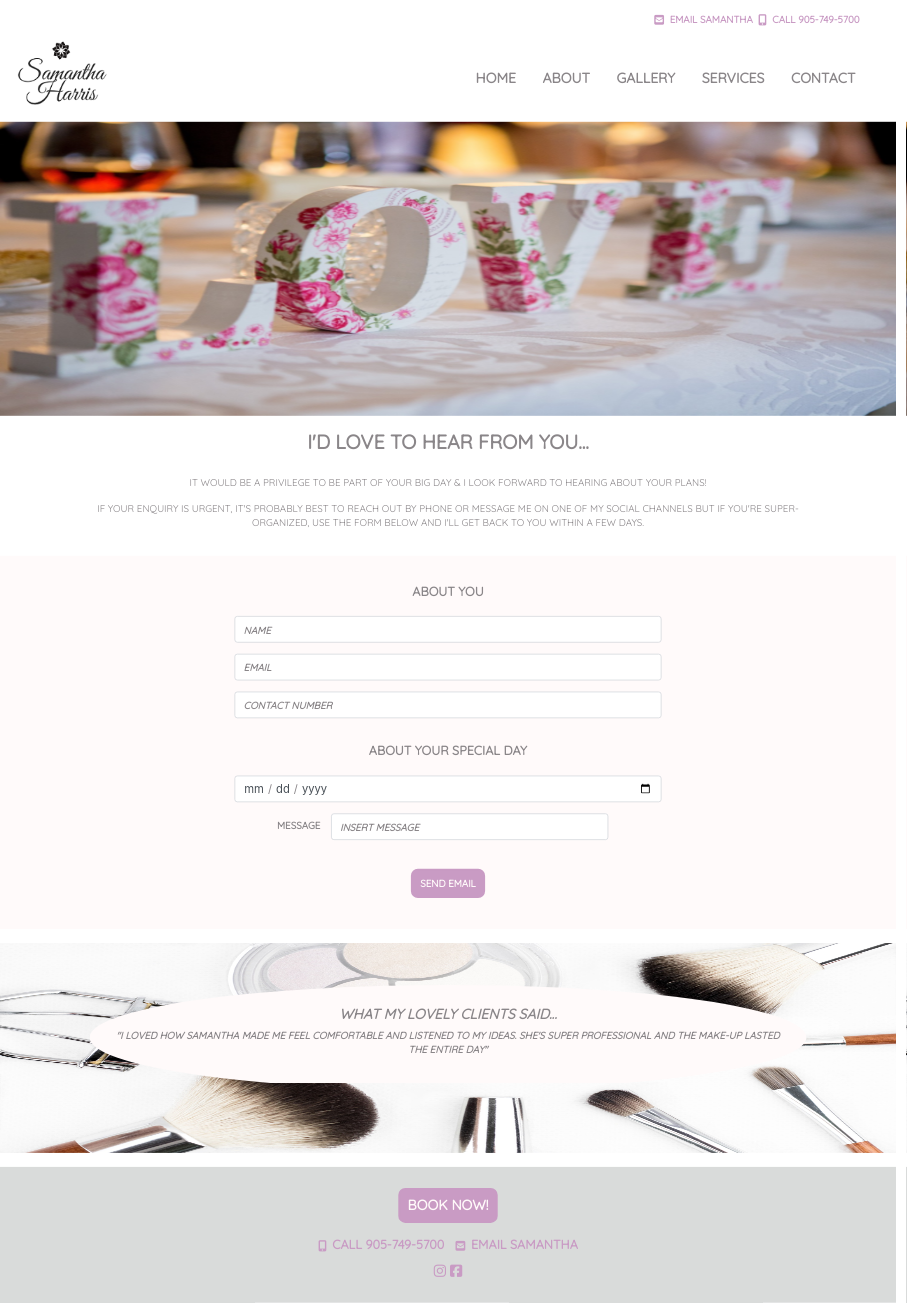
Repository: JayneyNix/milestone-1-UCFD
Page: contact.html
The author's editor kept a record of every edit. The page is drawn from the files as they stood at one moment, then again after the next edit.
The browser window is 1280 px wide. The page is 1295 px wide, so the pictures cover 1295 px, including what lies to the right of the window. The pictures show the whole page, at 70% of full size.
Some web libraries are served in a nearby version.

Above is the page before.

After the next edit:
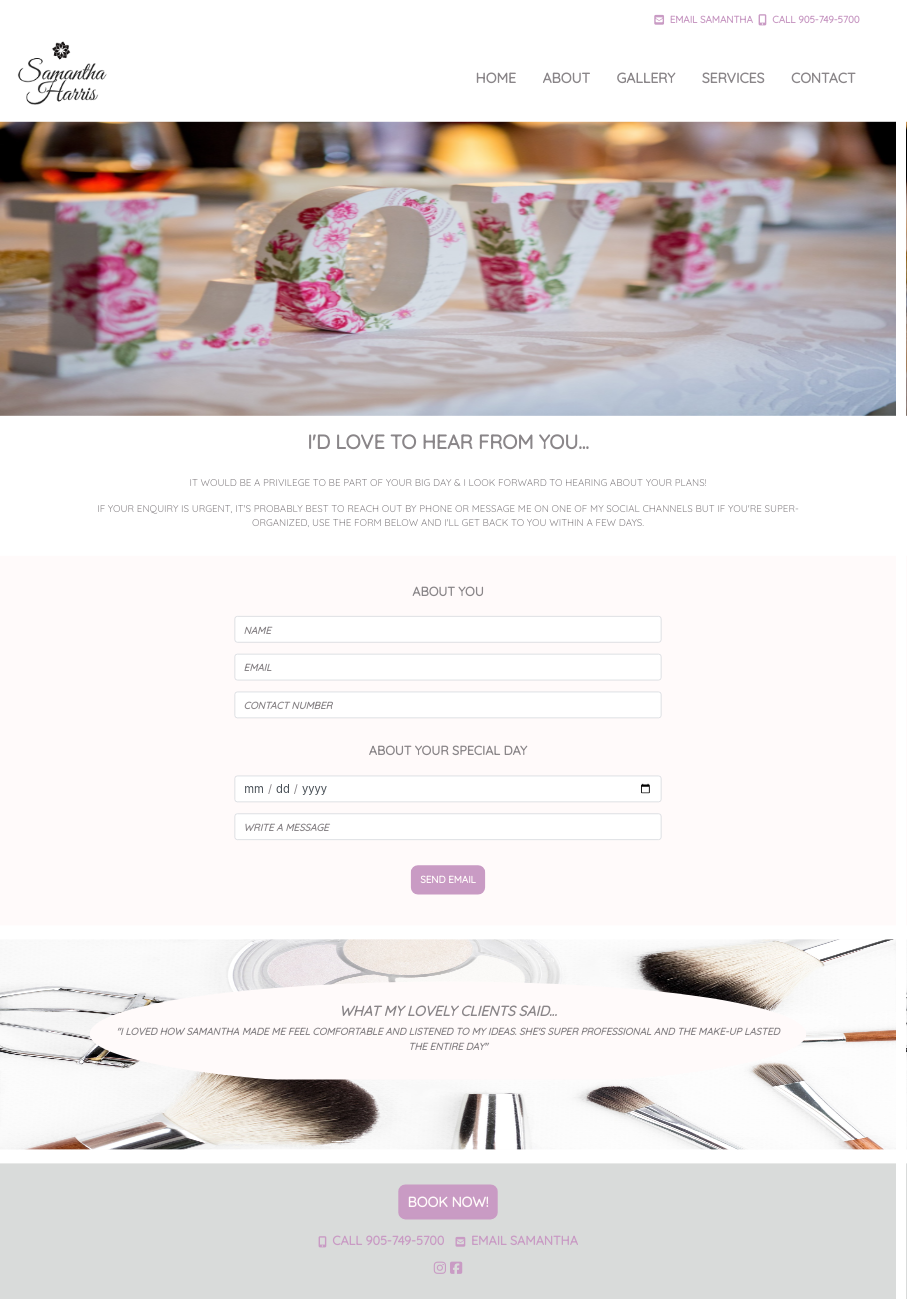
The edit:
--- a/contact.html
+++ b/contact.html
@@ -132,9 +132,8 @@
                 </div>
             </div>
             <div class="form-group row justify-content-center">
-                <label for="message"><h5 class="h5 headings col-4-offset-6 col-form-label">Message</h5></label>
-                <div class="col-4">
-                    <input type="textarea" class="form-control" id="message" placeholder="Insert Message" max-length="500">
+                <div class="col-6">
+                    <input type="textarea" class="form-control" id="message" placeholder="Write a Message" max-length="500">
                 </div>
             </div>
             <div class="form-group row row-bottom justify-content-center">
